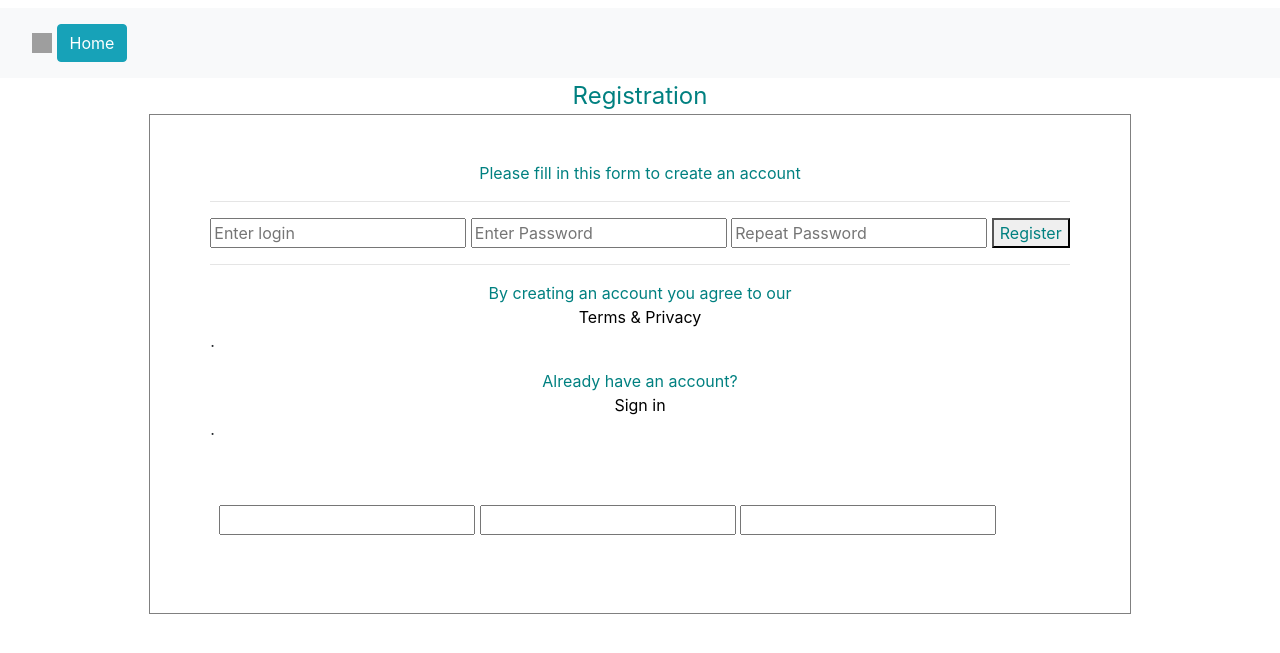
Repository: Serpaton/Work-place
Page: http://localhost/registration
The author's editor kept a copy of each file at every save. The page is drawn from the files as they stood at one save, then again after the next save.
The browser window is 1280 px wide. The pictures show the whole page.
Pictures or frames that could not be fetched are drawn as grey boxes. The page is this project's Thymeleaf template; nobody is signed in. The template is opened directly, without the code that normally fills it, so the values that code supplies are empty.

Above is the page before, as saved 2020-02-24 21:29:21.
Console error: TypeError: Cannot read properties of undefined (reading 'fn')

After the next save:
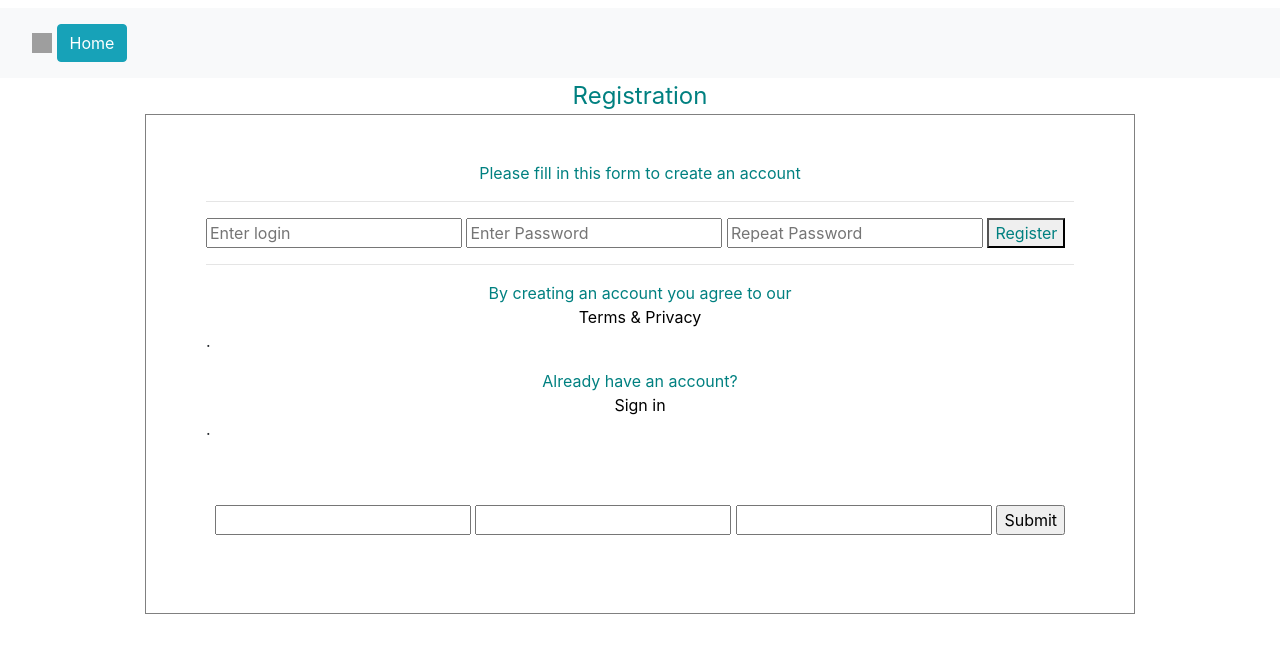
Saved 7 s later.
--- a/My projects/NewsBlogg/NewsBlogg/src/main/resources/templates/registration.html
+++ b/My projects/NewsBlogg/NewsBlogg/src/main/resources/templates/registration.html
@@ -59,7 +59,7 @@
         	<input type="text" name="name" th:field="*{name}"/>
         	<input type="text" name="login" th:field="*{login}"/>
         	<input type="password" name="password" th:field="*{password}"/>
-
+        	<input type="submit"/>
         </form>
 
     </div>
